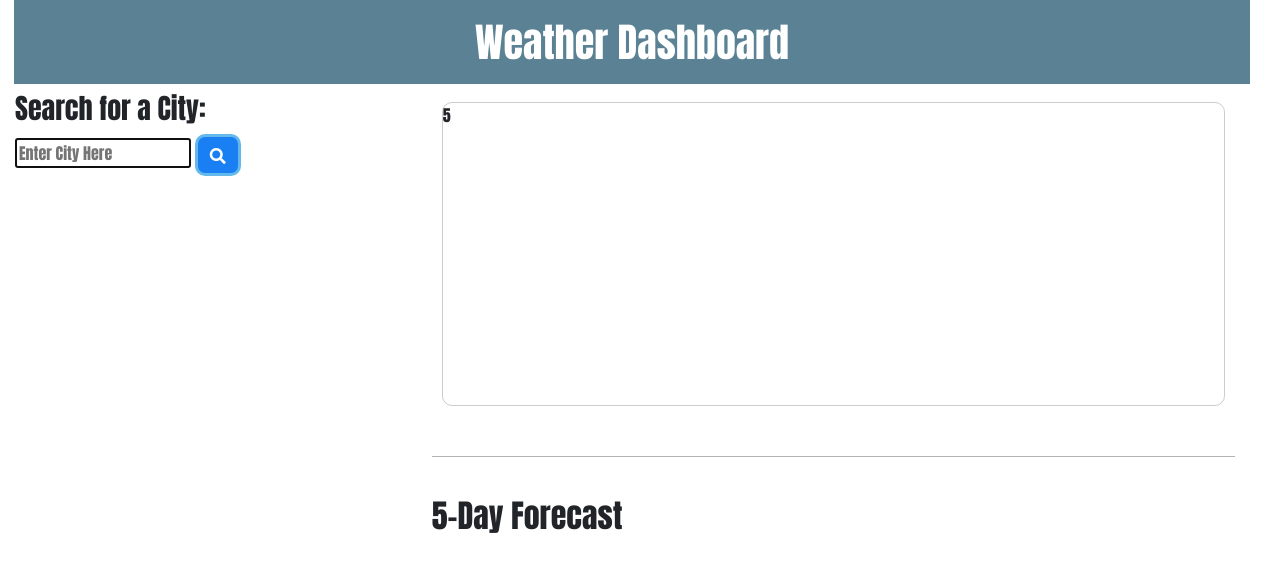
Repository: KHudaKoz/Weather-dashboard
Page: index.html
These files come from the project's save history. The page is drawn as it stood at one moment and after the next save; the edit follows.
The browser window is 1280 px wide. The pictures show the whole page.
Some web libraries are served in a nearby version.

Above is the page before, as saved 2021-01-29 18:54:48.

After the next save:
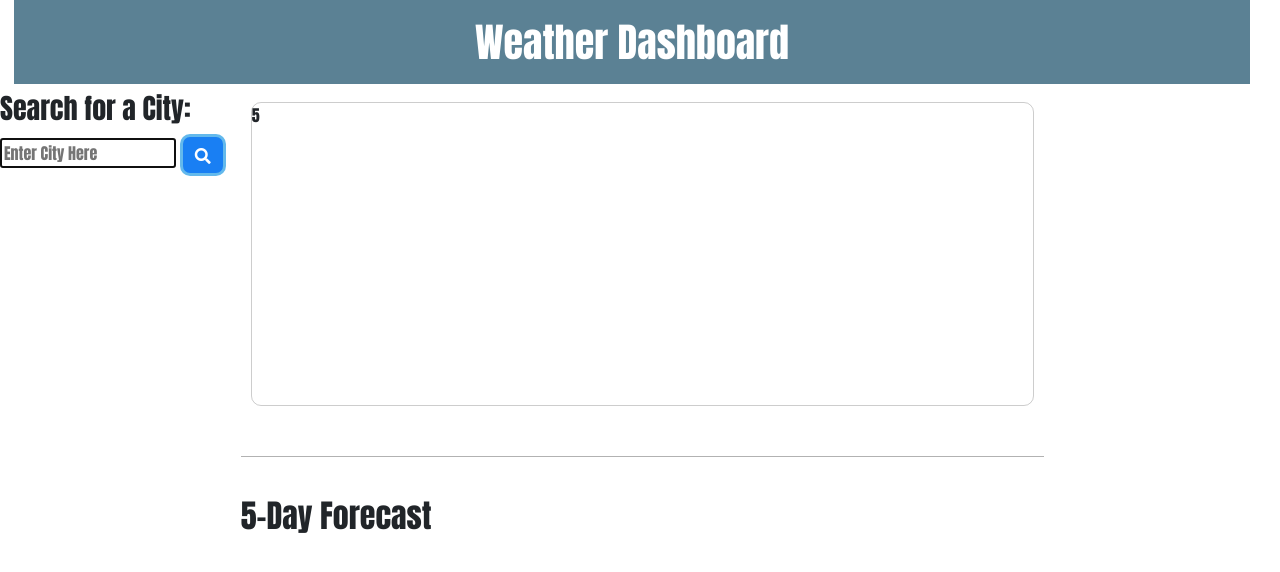
Saved 15 s later.
--- a/index.html
+++ b/index.html
@@ -24,7 +24,7 @@
 
     <main class="container">
         <div class="row">
-            <div class="col col-md-4">
+            <div class="col-col-md-4">
                 <div class="card">
                     <h3 class="search-header">Search for a City:</h3>
                     <div id="search-form" class="search">

After the save that followed:
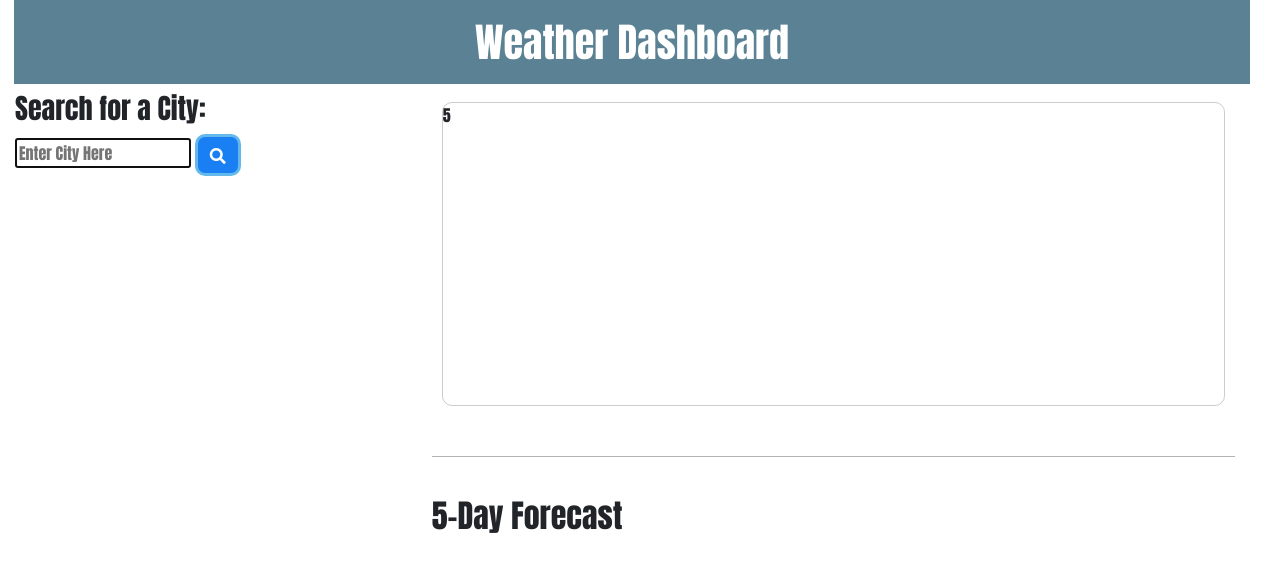
Saved 4 s later.
--- a/index.html
+++ b/index.html
@@ -24,7 +24,7 @@
 
     <main class="container">
         <div class="row">
-            <div class="col-col-md-4">
+            <div class="col-4 col-md-4">
                 <div class="card">
                     <h3 class="search-header">Search for a City:</h3>
                     <div id="search-form" class="search">
